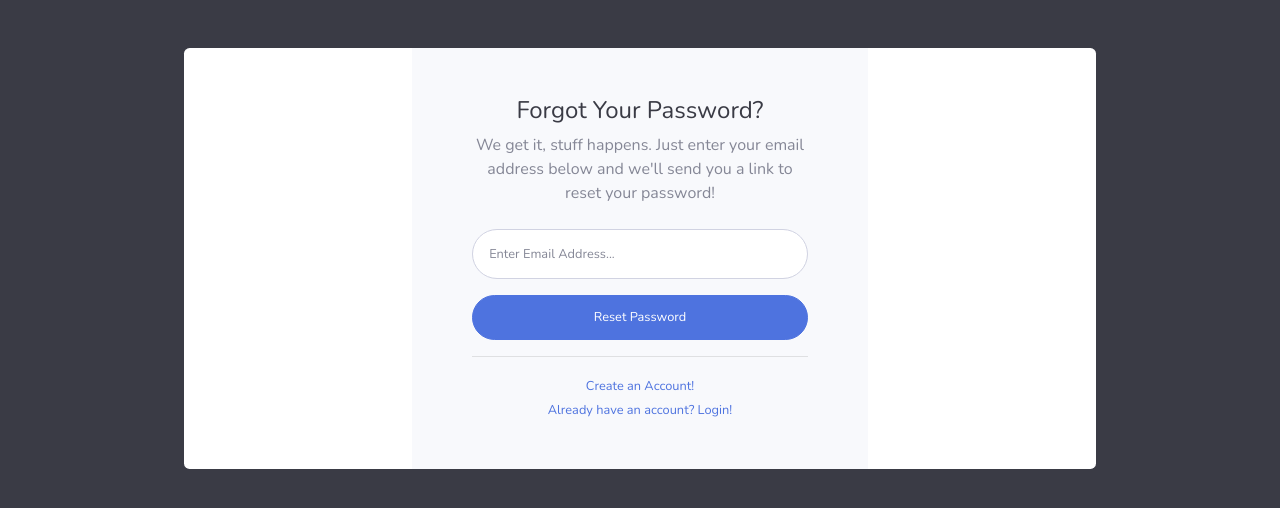
Repository: TuanLe8899/SpringBootProject
Page: http://localhost/forgot-password
An editor plug-in stored every save of this project. The page is shown before and after the next save, followed by the edit.
The browser window is 1280 px wide. The pictures show the whole page.
The page is this project's Thymeleaf template; nobody is signed in. Other server files are loaded and not shown. The template is opened directly, without the code that normally fills it, so the values that code supplies are empty.

Above is the page before, as saved 2022-08-25 07:37:33.

### complaint_management/src/main/resources/templates/forgot-password.html
<!DOCTYPE html>
<html lang="en" xmlns="http://www.w3.org/1999/xhtml" xmlns:th="http://www.thymeleaf.org"
    xmlns:sec="http://www.thymeleaf.org" xmlns:layout="http://www.ultraq.net.nz/thymeleaf/layout">

<head>

    <meta charset="utf-8">
    <meta http-equiv="X-UA-Compatible" content="IE=edge">
    <meta name="viewport" content="width=device-width, initial-scale=1, shrink-to-fit=no">
    <meta name="description" content="">
    <meta name="author" content="">

    <title>forgot Password</title>

    <!-- Custom fonts for this template-->
    <link th:href="@{/vendor/fontawesome-free/css/all.min.css}" rel="stylesheet" type="text/css">
    <link
        href="https://fonts.googleapis.com/css?family=Nunito:200,200i,300,300i,400,400i,600,600i,700,700i,800,800i,900,900i"
        rel="stylesheet">

    <!-- Custom styles for this template-->
    <link th:href="@{/css/sb-admin-2.min.css}" rel="stylesheet">

</head>

<body class="bg-gray-900">

    <div class="container">

        <!-- Outer Row -->
        <div class="row justify-content-center">

                <div class="card o-hidden border-0 my-5">
                    <div class="card-body p-0 d-flex justify-content-center">
                        <!-- Nested Row within Card Body -->
                            <div class="col-6 bg-gray-100">
                                <div class="p-5">
                                    <div class="text-center">
                                        <h1 class="h4 text-gray-900 mb-2">Forgot Your Password?</h1>
                                        <p class="mb-4">We get it, stuff happens. Just enter your email address below
                                            and we'll send you a link to reset your password!</p>
                                    </div>
                                    <form class="user">
                                        <div class="form-group">
                                            <input type="email" class="form-control form-control-user"
                                                id="exampleInputEmail" aria-describedby="emailHelp"
                                                placeholder="Enter Email Address...">
                                        </div>
                                        <a href="login.html" class="btn btn-primary btn-user btn-block">
                                            Reset Password
                                        </a>
                                    </form>
                                    <hr>
                                    <div class="text-center">
                                        <a class="small" th:href="@{/register}">Create an Account!</a>
                                    </div>
                                    <div class="text-center">
                                        <a class="small" th:href="@{/login}">Already have an account? Login!</a>
                                    </div>
                                </div>
                            </div>
                    </div>
                </div>

        </div>

    </div>

    <!-- Bootstrap core JavaScript-->
    <script th:src="@{/vendor/jquery/jquery.min.js}"></script>
    <script th:src="@{/vendor/bootstrap/js/bootstrap.bundle.min.js}"></script>

    <!-- Core plugin JavaScript-->
    <script th:src="@{/vendor/jquery-easing/jquery.easing.min.js}"></script>

    <!-- Custom scripts for all pages-->
    <script th:src="@{/js/sb-admin-2.min.js}"></script>

</body>

</html>

Loaded but not shown: complaint_management/src/main/resources/static/css/sb-admin-2.min.css (library); complaint_management/src/main/resources/static/js/sb-admin-2.min.js (common file)

After the next save:
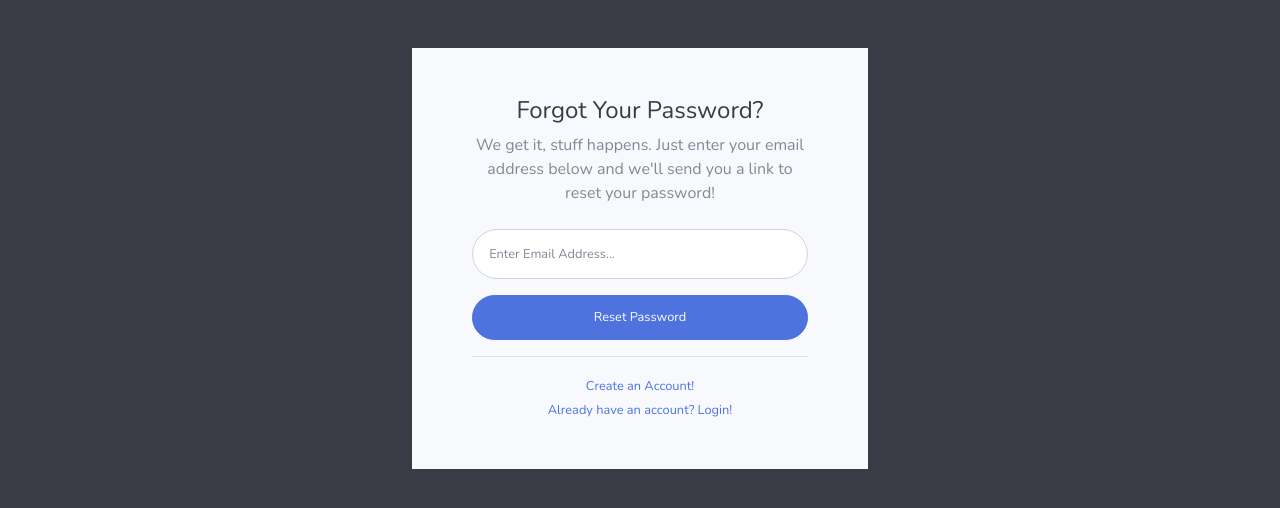
Saved 19 s later.
--- a/complaint_management/src/main/resources/templates/forgot-password.html
+++ b/complaint_management/src/main/resources/templates/forgot-password.html
@@ -31,7 +31,7 @@
         <div class="row justify-content-center">
 
                 <div class="card o-hidden border-0 my-5">
-                    <div class="card-body p-0 d-flex justify-content-center">
+                    <div class="card-body p-0 d-flex justify-content-center bg-gray-900">
                         <!-- Nested Row within Card Body -->
                             <div class="col-6 bg-gray-100">
                                 <div class="p-5">
